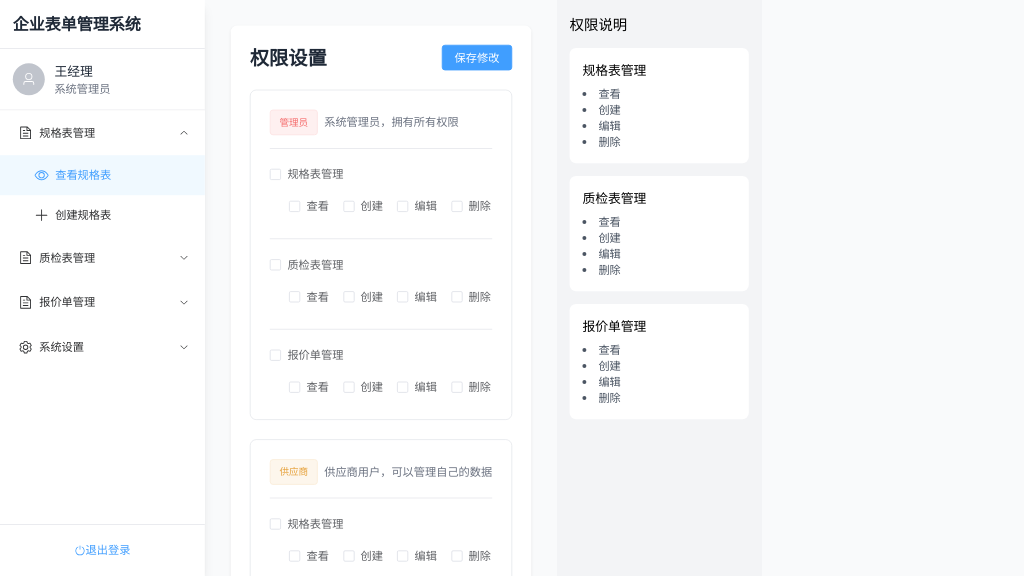
Repository: restyhap/yarn-vite-web-01-02
Page: /settings/permissions
The author's editor kept a copy of each file at every save. The page is drawn from the files as they stood at one save, then again after the next save.
The browser window is 1280 px wide. The pictures show the whole page, at 80% of full size.
An inner scrolling area shows only its first screen. The project was rebuilt for these pictures with package versions that can differ from the ones it lists, and the page was loaded fresh each time. Also part of the build but not shown: vite.config.js, src/views/login/Login.vue.

Above is the page before, as saved 2025-02-24 19:13:00.

After the next save:
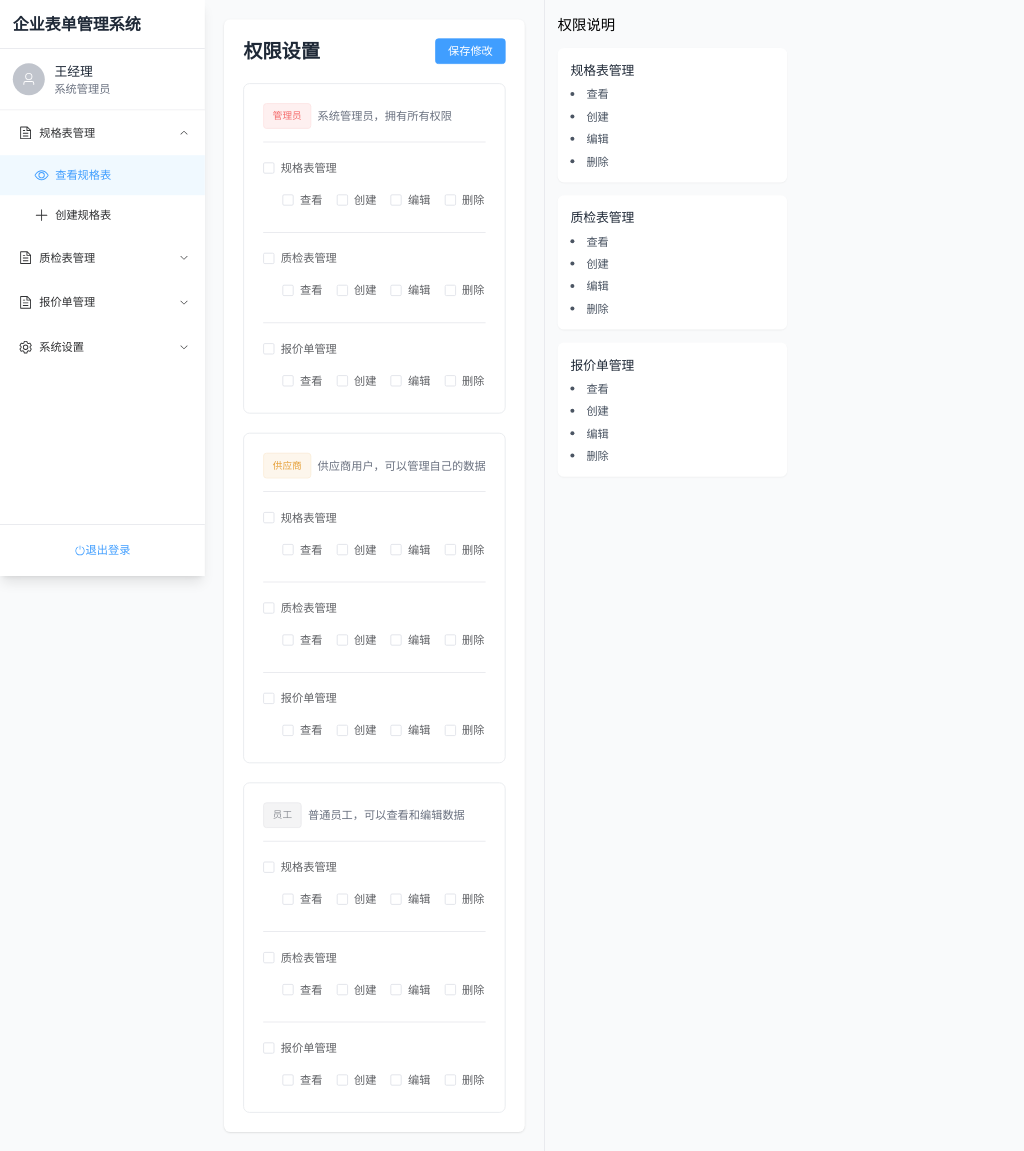
Saved 106 s later.
--- a/src/views/index/settings/Permissions.vue
+++ b/src/views/index/settings/Permissions.vue
@@ -1,7 +1,7 @@
 <template>
-  <div class="flex h-screen">
+  <div class="flex h-full">
     <!-- 左侧权限设置部分 -->
-    <div class="flex-1 p-8 overflow-y-auto">
+    <div class="flex-1 p-6 overflow-y-auto">
       <div class="bg-white rounded-lg shadow p-6">
         <div class="flex justify-between items-center mb-6">
           <h2 class="text-2xl font-bold text-gray-800">权限设置</h2>
@@ -49,12 +49,12 @@
     </div>
 
     <!-- 右侧容器 -->
-    <div class="w-64 bg-gray-100 p-4 overflow-y-auto">
+    <div class="w-80 border-l bg-gray-50 p-4 overflow-y-auto">
       <h3 class="text-lg font-medium mb-4">权限说明</h3>
       <div class="space-y-4">
-        <div v-for="module in permissionModules" :key="module.id" class="bg-white p-4 rounded-lg">
-          <h4 class="font-medium mb-2">{{ module.name }}</h4>
-          <ul class="list-disc list-inside text-sm text-gray-600">
+        <div v-for="module in permissionModules" :key="module.id" class="bg-white p-4 rounded-lg shadow-sm">
+          <h4 class="font-medium mb-2 text-gray-800">{{ module.name }}</h4>
+          <ul class="list-disc list-inside text-sm text-gray-600 space-y-2">
             <li v-for="permission in module.permissions" :key="permission.id">
               {{ permission.name }}
             </li>
